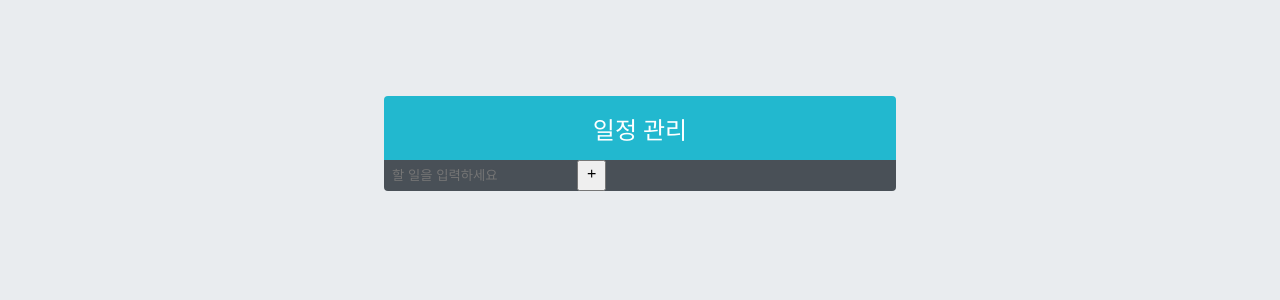
Repository: dhchun1203/React-TodoList-Project
Page: /
These files come from the project's save history. The page is drawn as it stood at one moment and after the next save; the edit follows.
The browser window is 1280 px wide. The pictures show the whole page.
The project was rebuilt for these pictures with package versions that can differ from the ones it lists, and the page was loaded fresh each time.

Above is the page before, as saved 2021-02-16 12:32:28.

After the next save:
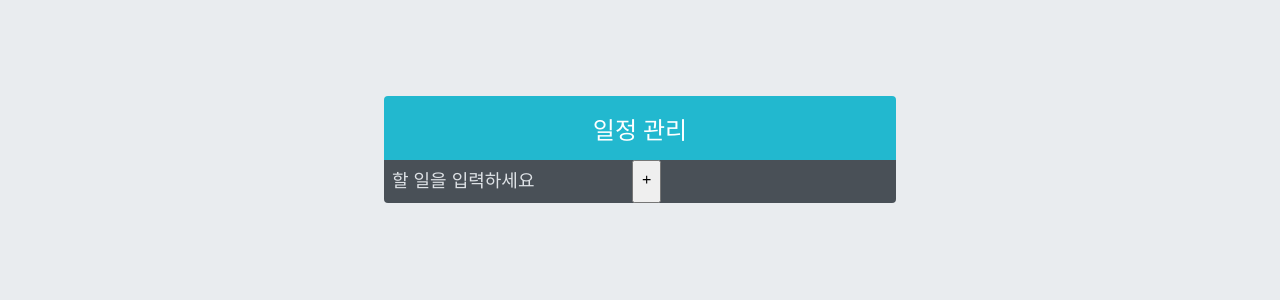
Saved 45 s later.
--- a/src/components/TodoInsert.scss
+++ b/src/components/TodoInsert.scss
@@ -6,5 +6,11 @@
     outline: none;
     border: none;
     padding: 0.5rem;
+    font-size: 1.125rem;
+    line-height: 1.5;
+    color: white;
+    &::placeholder {
+      color: #dee2e6;
+    }
   }
 }
